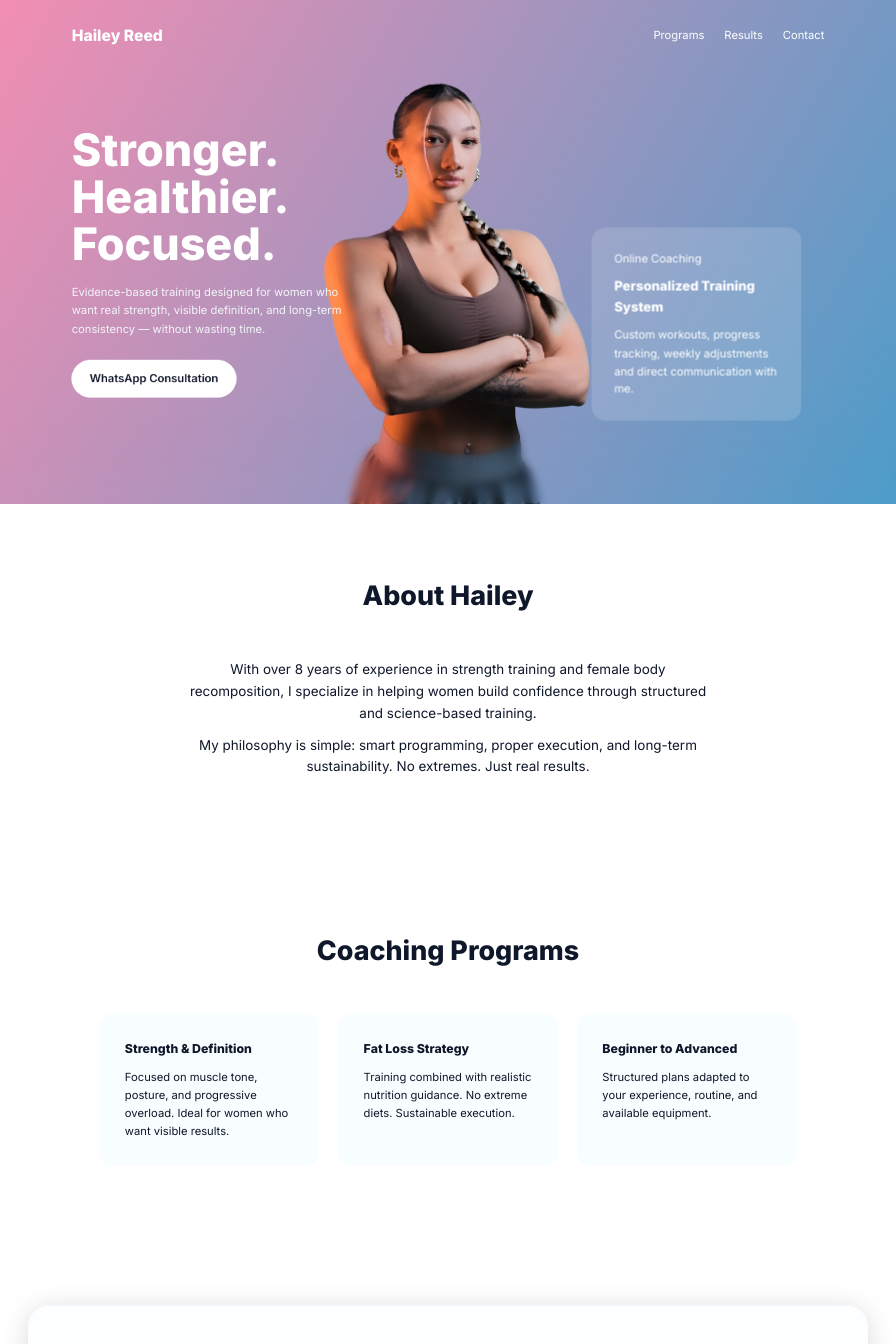
Repository: davidfsillva/Hailey-Reed-Coaching
Page: index.html
The author's editor kept a copy of each file at every save. The page is drawn from the files as they stood at one save, then again after a run of saves.
The browser window is 1280 px wide. The pictures show the part of the page from y = 0 to 1920 px (the page is 5221 px tall), at 70% of full size.

Above is the page before, as saved 2026-02-12 09:54:14.

After the next 2 saves:
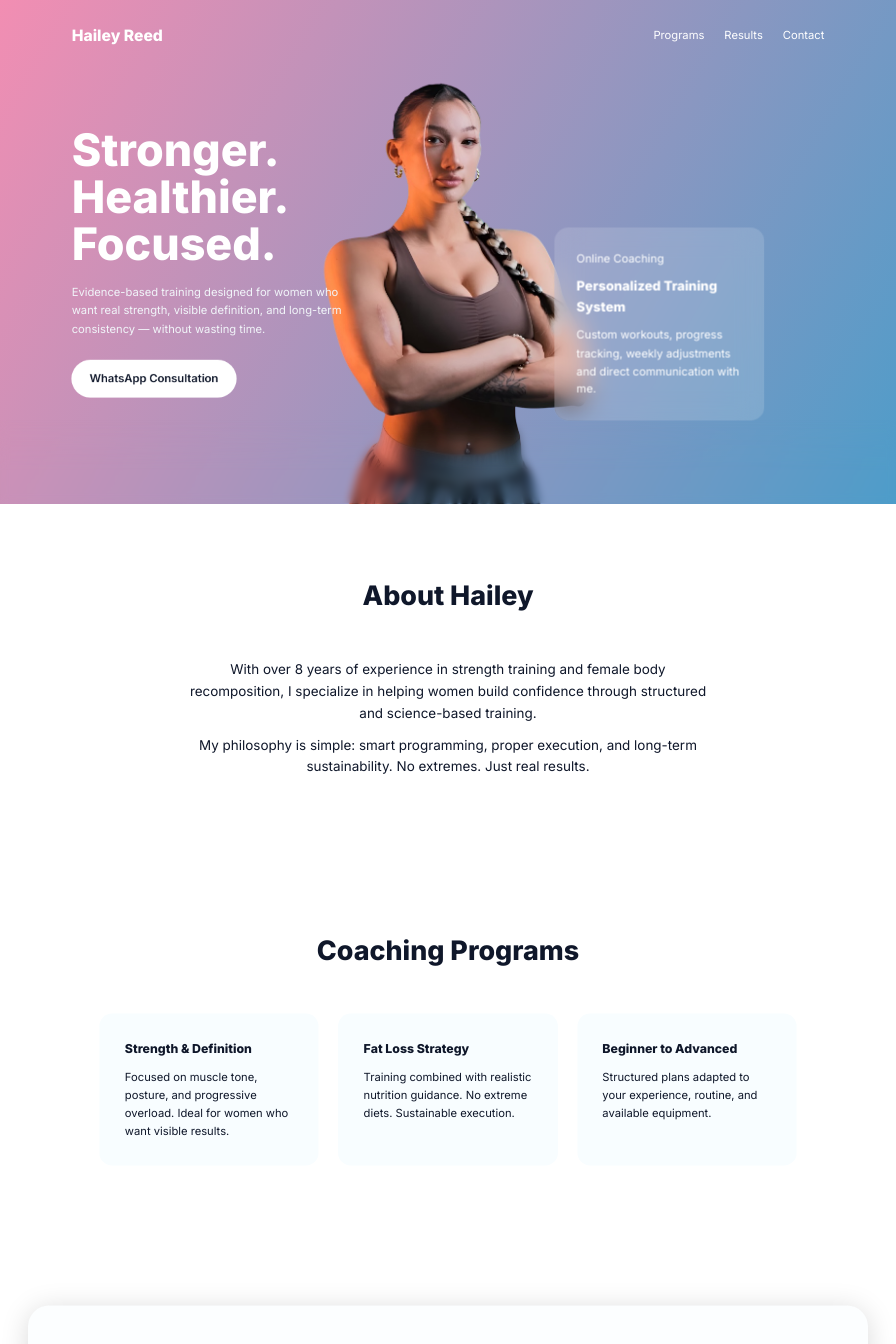
The 2 saves are shown as one change because they came seconds apart.
The last was saved 2 min 14 s later.
--- a/style.css
+++ b/style.css
@@ -169,15 +169,6 @@
   z-index: 4;
 }
 
-.hero-card {
-  position: absolute;
-  top: 42%;
-  right: 3%;
-  width: 300px;
-}
-
-
-
 .hero-card h3 {
   margin: 12px 0;
 }

After the save that followed:
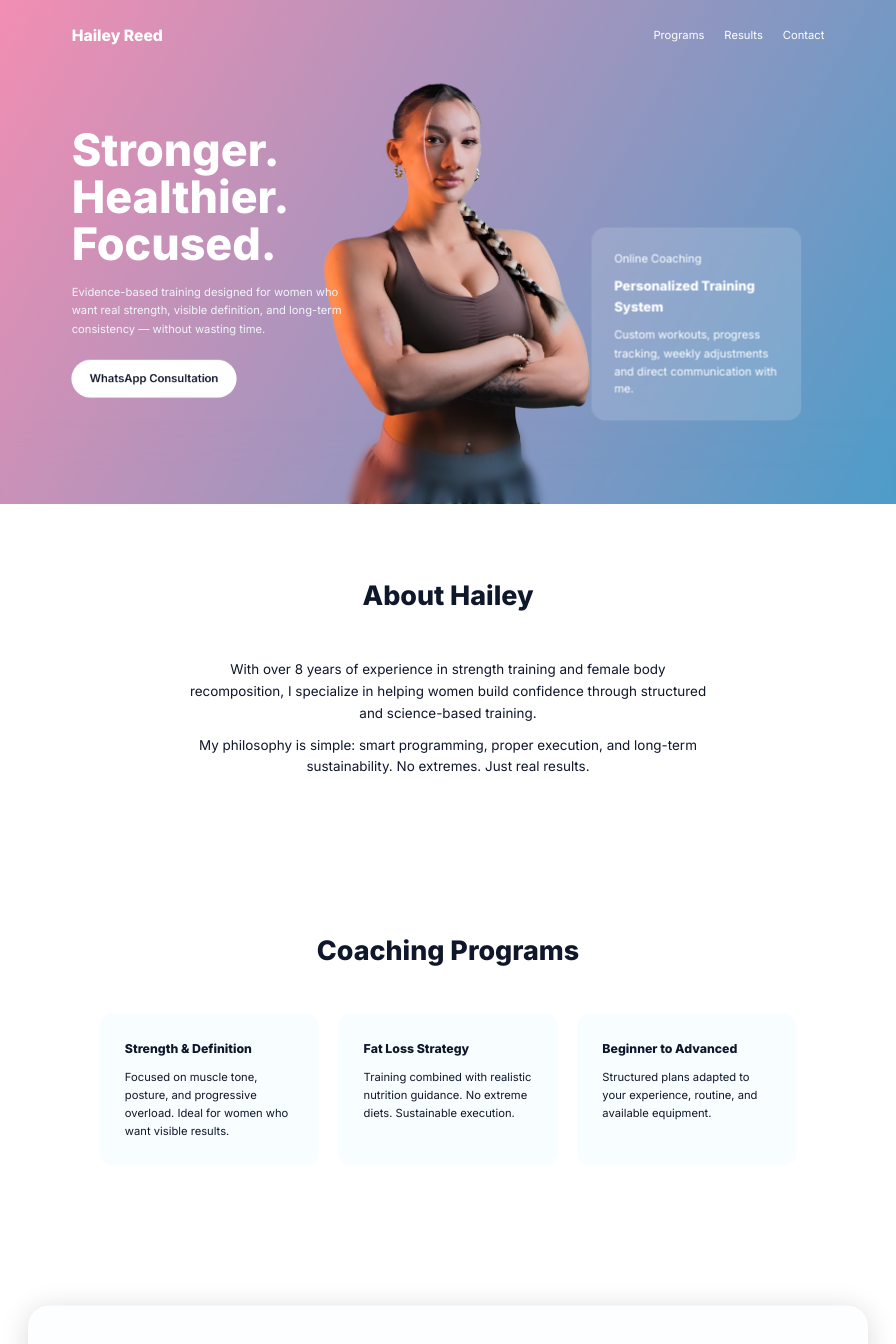
Saved 26 s later.
--- a/style.css
+++ b/style.css
@@ -169,6 +169,15 @@
   z-index: 4;
 }
 
+.hero-card {
+  position: absolute;
+  top: 42%;
+  right: 3%;
+  width: 300px;
+}
+
+
+
 .hero-card h3 {
   margin: 12px 0;
 }
